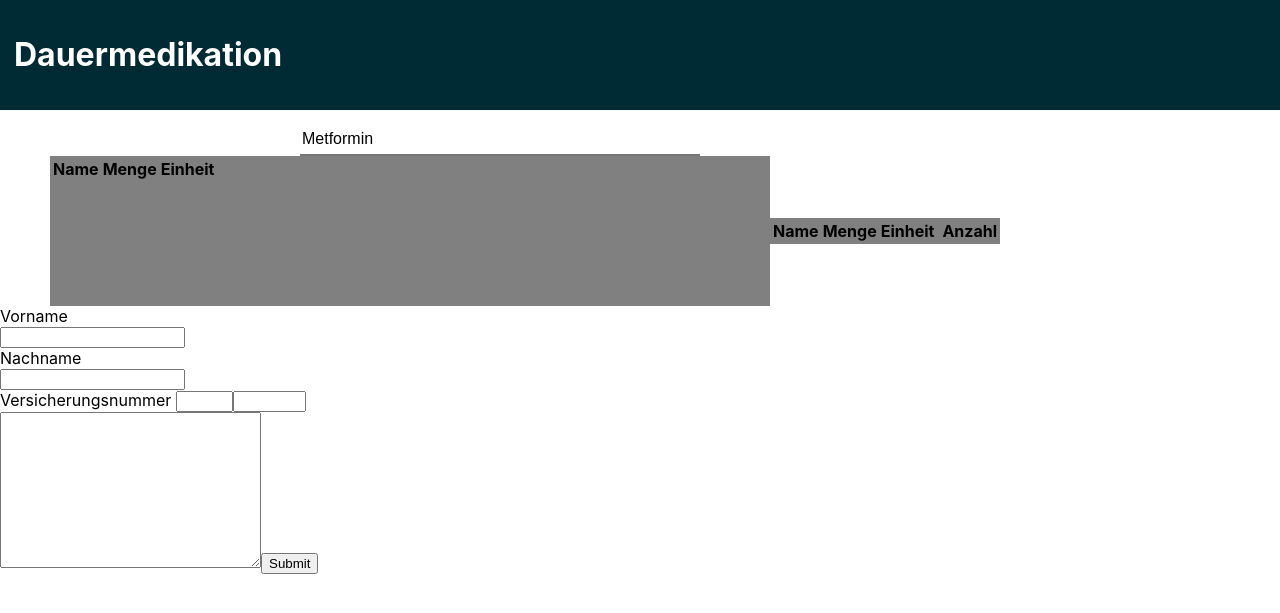
Repository: Esatollah/MedDemo
Page: / (app in client/)
The author's editor kept a copy of each file at every save. The page is drawn from the files as they stood at one save, then again after the next save.
The browser window is 1280 px wide. The pictures show the whole page.
The page's requests for data from a server got no answer. The project was rebuilt for these pictures with package versions that can differ from the ones it lists, and the page was loaded fresh each time. No one was signed in, and anything a server would have sent is missing. Also part of the build but not shown: client/src/App.css, client/src/Routes/Bestellungen.jsx.

Above is the page before, as saved 2022-06-10 11:13:00.

### client/src/App.js
import './App.css';
import SearchBar from './Routes/Search';
import {BrowserRouter, Routes, Route} from 'react-router-dom'
import Bestellungen from './Routes/Bestellungen';
import ReactModal from 'react-modal';

ReactModal.setAppElement('#root')

function App() {
  return (
    <BrowserRouter>
    <Routes>
      <Route path='/' element={<div><SearchBar/></div>}/>
      <Route path='/bestellungen' element={<div><Bestellungen/></div>}/>
    </Routes>
    </BrowserRouter>
  );
}

export default App;

### client/src/Routes/Search.jsx
import React, { useState, useEffect } from 'react'
import DrugAPI from '../api/DrugAPI';
import Form from '../components/Form';
import Navbar from '../components/Navbar';
import { SearchWrap } from '../Styles/SearchStyles';


const Search = () => {

  const [searchinput, setSearchinput] = useState("Metformin");
  const [drugs, setDrugs] = useState([]);
  const [cartitems, setCartitems] = useState([]);

  useEffect(() => {
    const fetchData = async () => {
      try {
        const result = await DrugAPI.get(`/?drugsearch=${searchinput}`)
        setDrugs(result.data.meds)
      } catch (err) {
        console.error(err);
      }
    }

    fetchData();

  }, [searchinput])

  const handleDrugClick = (e, x) => {
    const is_in_cart = cartitems.some(y => {
      if (y.id === x.id) {
        return true;
      }

      return false;
    })

    if (is_in_cart) {
      return
    }
    let temp = { ...x, anzahl: "1" }
    setCartitems([...cartitems, temp]);
  }

  const handleDelete = (e, x, index) => {
    let temp = [...cartitems]

    temp.splice(index, 1);

    setCartitems(temp);
  }

  const handleCountchange = (e, x, index) => {
    let temps = [...cartitems]
    let temp = {
      ...temps[index],
      anzahl: e.target.value
    }
    temps[index] = temp
    setCartitems(temps);

  }


  return (
    <>
      <Navbar />
      <div className='order-container'>
        <SearchWrap>

          <input type="search" placeholder="Suche" id="search" value={searchinput} onChange={e => setSearchinput(e.target.value)} />
          <div className='search-container'>
            <div className='table-container'>
              <table className='drugtable'>
                <thead>
                  <tr>
                    <th scope='col'>
                      Name
                    </th>
                    <th scope='col'>Menge</th>
                    <th scope='col'>Einheit</th>
                    <th scope='col'></th>
                  </tr>
                </thead>
                <tbody>
                  {drugs && drugs.map((x) => {
                    return (
                      <tr key={x.id} className="drug-row" >
                        <td className={x.name}>{x.name}</td>
                        <td>{x.menge}</td>
                        <td>{x.mengenart}</td>
                        <td><button onClick={(e) => { handleDrugClick(e, x) }}>+</ button></td>
                      </tr>
                    )
                  })}
                </tbody>

              </table>
            </div>

            <div className='cart-container'>
              <table>
                <thead>
                  <tr>
                    <th scope='col'>
                      Name
                    </th>
                    <th scope='col'>Menge</th>
                    <th scope='col'>Einheit</th>
                    <th scope='col'></th>
                    <th scope='col'>Anzahl</th>
                  </tr>
                </thead>
                <tbody>
                  {cartitems && cartitems.map((x, index) => {
                    if (x.abgabezahl) {
                      return (
                        <tr key={index} className="drug-row" >
                          <td>{x.name}</td>
                          <td>{x.menge}</td>
                          <td>{x.mengenart}</td>
                          <td><button onClick={(e) => handleDelete(e, x, index)}>-</button></td>
                          <td><select onChange={(e) => { handleCountchange(e, x, index) }}><option value="1">1</option><option value="2">2</option></select></td>
                        </tr>
                      )
                    }
                    return (
                      <tr key={index} className="drug-row" >
                        <td>{x.name}</td>
                        <td>{x.menge}</td>
                        <td>{x.mengenart}</td>
                        <td><button onClick={(e) => handleDelete(e, x, index)}>-</button></td>
                        <td>1</td>
                      </tr>
                    )
                  })}
                </tbody>
              </ table>
            </div>
          </div>
        </SearchWrap>
      </div>

      <Form cartitems={cartitems} setCartitems={setCartitems} />
    </>
  )
}

export default Search

### client/src/api/DrugAPI.js
import axios from 'axios'

export default axios.create({
    baseURL: "http://localhost:5000/api"
})

### client/src/components/Form.jsx
import React, {useState}from 'react'
import DrugAPI from '../api/DrugAPI'

const Form = props => {

    const [fname, setFname] = useState('');
    const [lname, setLname] = useState('');
    const [vpin, setVpin] = useState('');
    const [vbday, setVbday] = useState('');
    const [anmerkungen, setAnmerkungen] = useState('');

    const handleSubmit = (e) => {

        e.preventDefault();
        const formdata = {
            fname,
            lname,
            vpin,
            vbday,
            anmerkungen
        }

        const fetchData = async () =>{
            try {
            await DrugAPI.post("/", {drugs:{...props.cartitems}, ...formdata})
            } catch (error) {
                console.error(error);
            }
    }

    fetchData();

    setFname('');setLname('');setVpin('');setVbday('');setAnmerkungen('');
    props.setCartitems([]);

}


  return (
    <div>
        <form onSubmit={(e) =>handleSubmit(e)}>
            <label htmlFor="fname">Vorname</label><br/>
            <input type="text" value={fname} id="fname" name="fname" onChange={(e)=> setFname(e.target.value)}required/><br/>
            <label htmlFor="lname">Nachname</label><br />
            <input type="text" id="lname" value={lname} onChange={(e) => setLname(e.target.value)}name="lname" required /><br/>
            <label htmlFor="pin">Versicherungsnummer  </label>
            <input type="text" id="pin" value={vpin} onChange={(e) => setVpin(e.target.value)} name="pin" size="4" minLength="4"maxLength="4" required/>
            <input type="text" id="bday" value={vbday} onChange={(e) => setVbday(e.target.value)} name="bday" size="6" minLength={6} maxLength={6} required/> <br/>
            <textarea value={anmerkungen} onChange={(e) => setAnmerkungen(e.target.value)} name="message" rows="10" cols="30" className='textarea'>
            </textarea>
            <input type="submit" value="Submit" ></input><br />
        </form>
    </div>

  )
}

export default Form

### client/src/components/Navbar.jsx
import React from 'react'
import { NavWrap } from '../Styles/NavbarStyles'
const Navbar = () => {
  return (
    <NavWrap>
        <h1>Dauermedikation</h1>
    </NavWrap>
  )
}

export default Navbar

### client/src/Styles/SearchStyles.js
import styled from 'styled-components';

export const SearchWrap = styled.div`

    justify-content: center;
    display: flex;
    flex-direction: column;
    align-items: center;
    align-content: center;
    justify-content: center;

    @media(min-width: 1000px) {
             width: 1000px;
         }
    #search {
    width:50%;
    height: 2rem;
    outline:none;
    border-top: hidden;
    border-right: hidden;
    border-left: hidden;
    font-size: 1rem;@media(min-width: 1000px) {
             width: 40%;
         }
}

.table-container {
    max-height: 200px;
    max-width: 80%;
    min-width:80%;
    overflow-y: auto;
}


.drug-row:hover {
    background-color: beige;
}

.search-container {
    width: 90%;
    min-width: 90%;

    @media(min-width: 1000px) {
        display:flex;
        flex-flow: row ;
        align-items: center;
    }
    .table-container {
        width :100%;
        height: 150px;

         @media(min-width: 1000px) {
             width: 40%;
             background-color: gray;
         }
    }

    .cart-container {
        width: 100%;
        @media(min-width: 1000px) {
             width: 40%;
             background-color: gray;
         }

    }

}

`;

### client/src/Styles/NavbarStyles.js
import styled from "styled-components"

export const NavWrap = styled.div`
    width:100%;
    padding: 14px 0;
    background-color: #002b34;
    margin-bottom: 14px;
    h1 {
        margin-left: 14px;
        color: #fff
    }
`;

Loaded but not shown: client/public/index.html (common file); client/src/index.js (common file); client/src/index.css (common file)

After the next save:
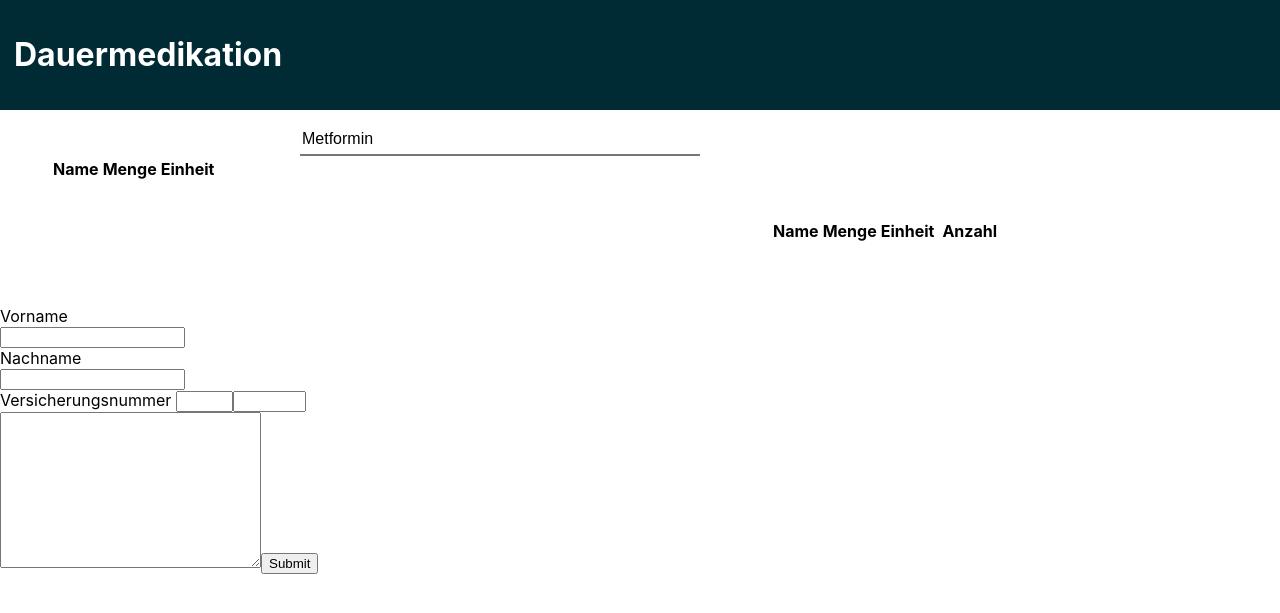
Saved 80 s later.
--- a/client/src/Styles/SearchStyles.js
+++ b/client/src/Styles/SearchStyles.js
@@ -51,15 +51,13 @@ export const SearchWrap = styled.div`
 
          @media(min-width: 1000px) {
              width: 40%;
-             background-color: gray;
          }
     }
 
     .cart-container {
         width: 100%;
         @media(min-width: 1000px) {
-             width: 40%;
-             background-color: gray;
+             width: 60%;
          }
 
     }
